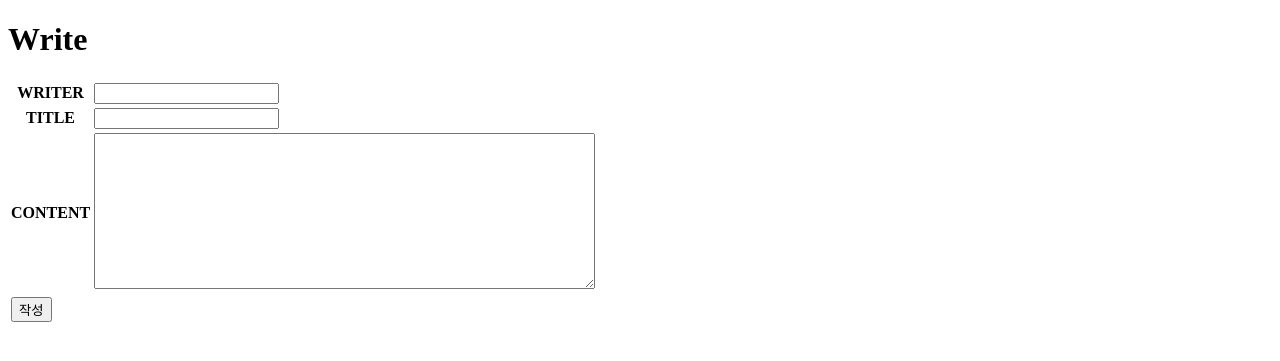
Repository: leedh909/Academy-web-
Page: http://localhost/Jsp09_AnswerBoard/boardwrite.jsp
These files come from the project's save history. The page is drawn as it stood at one moment and after the next save; the edit follows.
The browser window is 1280 px wide. The pictures show the whole page.
The page is served by Tomcat 9.

Above is the page before, as saved 2020-07-08 03:15:49.

After the next save:
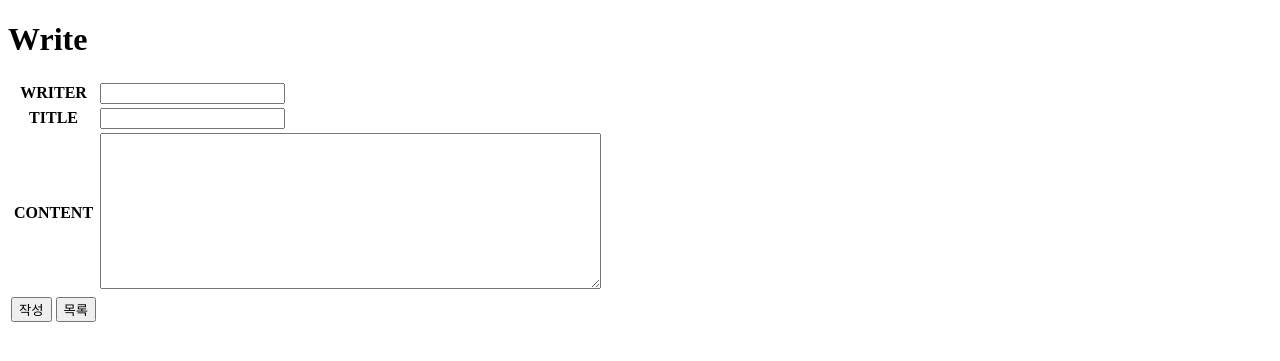
Saved 44 s later.
--- a/실습자료/eclipse-servlet/Jsp09_AnswerBoard/WebContent/boardwrite.jsp
+++ b/실습자료/eclipse-servlet/Jsp09_AnswerBoard/WebContent/boardwrite.jsp
@@ -30,6 +30,9 @@
 			<tr>
 				<td>
 					<input type="submit" value="작성">
+					<input type="button" value="목록" onclick="location.href='answer.do?command=list'">
+				</td>
+			</tr>
 
 
 
